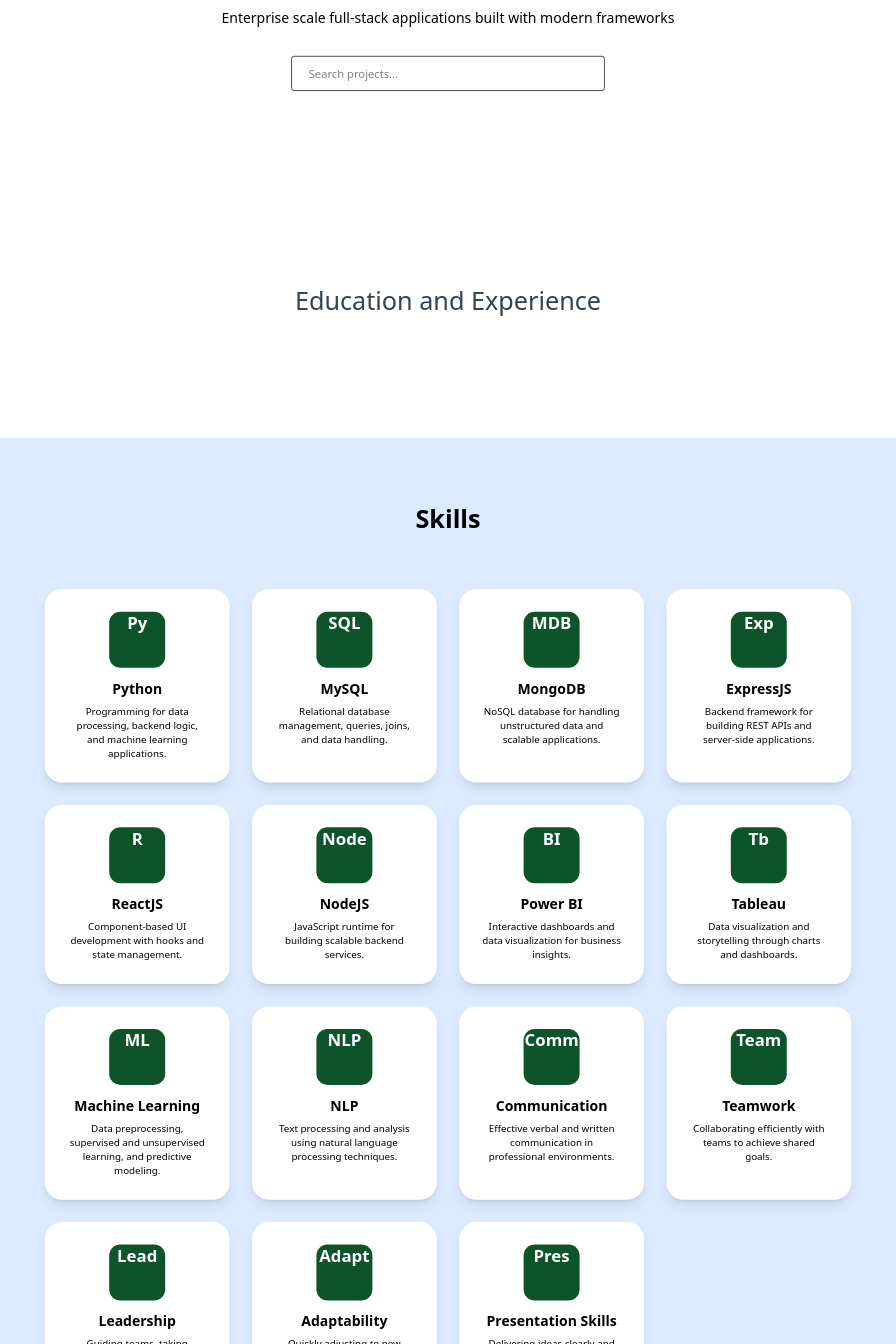
Repository: Rhaashee/myProfile
Page: index.html
These files come from the project's save history. The page is drawn as it stood at one moment and after the next save; the edit follows.
The browser window is 1280 px wide. The pictures show the part of the page from y = 957 to 2877 px (the page is 3055 px tall before and 3723 px after), at 70% of full size.

Above is the page before, as saved 2026-04-27 16:50:56.
Console error: ReferenceError: filterProject is not defined

### index.html
<!-- MERN_Stu_FebMay26Mys\W4\D5\portfolio-project\index.html -->
<!DOCTYPE html>
<html lang="en">

<head>
    <meta charset="UTF-8">
    <meta name="viewport" content="width=device-width, initial-scale=1.0">

    <title>Week 3 & 4 Portfolio Project</title>

    <script src="https://cdn.jsdelivr.net/npm/@tailwindcss/browser@4"></script>

    <link rel="stylesheet" href="css/custom.css">

</head>

<body>
    <!-- HERO SECTION -->

    <section
        class="min-h-screen flex flex-col lg:flex-row lg:items-center lg:justify-between px-8 lg:px-16 py-20 gap-12 lg:gap-20">

        <div class="order-2 lg:order-1 flex-1 lg:max-w-lg text-center lg:text-left">

            <h1 class="text-5xl mb-6">Rhaashee L</h1>

            <p class="text-xl lg:text-2xl text-slate-600 font-bold mb-10 max-w-md mx-auto lg:mx-0">
                Full-Stack developer | MERN enthusiast | Competitive Programmer
            </p>

            <div
                class="flex flex-col sm:flex-row gap-4 justify-center lg:justify-start items-center lg:items-start mb-8">

                <a href="#projects" class="bg-red-400 hover:bg-green-500 px-10 py-4 rounded shadow-xl">
                    View Projects
                </a>

                <a href="#resume" class="bg-blue-400 hover:bg-green-500 px-10 py-4 rounded shadow-xl">
                    Download Resume
                </a>

            </div>

            <div class="flex flex-wrap gap-6 justify-center lg:justify-start text-sm font-bold">

                <span>100+ Github commits</span>
                <span>50 LeetCode Questions Solved</span>
                <span>1 live projects completed</span>

            </div>

        </div>

        <div class="order-1 lg:order-2 w-full lg:w-96 max-w-sm mx-auto lg:mx-0">

            <img src="assets/images/img.jpg" alt="My photo"
                class="aspect-square w-full rounded shadow-lg mx-auto lg:mx-0 hover:ring-blue-500 transition-all duration-300 hover:scale-[1.02]"
                loading="lazy">

        </div>

    </section>

    <!-- NAVBAR -->

    <nav class="sticky top-0 z-50 bg-white/95 backdrop-blur-md border-b shadow-lg">

        <div class="max-w-7xl mx-auto px-6 py-4 flex items-center justify-between">

            <a href="#"
                class="text-2xl font-bold bg-clip-text bg-gradient-to-r from-red-400 to-slate-700 text-transparent">
                RKR
            </a>

            <ul class="hidden md:flex items-center gap-10">

                <li><a href="#projects" class="text-lg font-bold hover:text-blue-600">Projects</a></li>

                <li><a href="#experience" class="text-lg font-bold hover:text-blue-600">Experience</a></li>

                <li><a href="#skills" class="text-lg font-bold hover:text-blue-600">Skills</a></li>

            </ul>
            <button id="theme-toggle" class="bg-blue-200 px-4 py-2 rounded font-bold">Theme</button>
            <a href="#contact" class="bg-red-400 hover:bg-green-500 rounded transition-all duration-300 px-8 py-3">
                Let's talk
            </a>

        </div>

    </nav>

    <!-- PROJECTS -->

    <section id="projects" class="py-24 px-8 lg:px-16">

        <div class="max-w-7xl mx-auto">

            <div class="text-center mb-10">

                <h2 class="text-4xl lg:text-5xl mb-6">My Projects</h2>

                <p class="text-xl max-w-2xl mx-auto">
                    Enterprise scale full-stack applications built with modern frameworks
                </p>

            </div>

            <!-- Project Search (Feature will attach here) -->

            <div class="mb-10 text-center">

                <input id="project-search" type="text" placeholder="Search projects..."
                    class="border rounded px-6 py-3 w-full max-w-md">

            </div>

            <!-- Project Filter Bar -->

            <div id="project-filters" class="flex flex-wrap justify-center gap-4 mb-12">
            </div>

            <!-- Dynamic container for projects -->

            <div id="projects-container" class="grid grid-cols-1 md:grid-cols-2 lg:grid-cols-3 gap-8">
            </div>

        </div>

    </section>

    <!-- EXPERIENCE -->

    <section id="experience" class="py-24 px-8 lg:px-16">

        <div class="max-w-4xl mx-auto">

            <h2 class="text-4xl text-gray-700 text-center mb-20">
                Education and Experience
            </h2>

            <!-- existing experience cards remain unchanged -->

        </div>

    </section>

    <!-- SKILLS -->

    <section id="skills" class="py-24 px-8 lg:px-16 bg-blue-100">

        <div class="max-w-7xl mx-auto">

            <h2 class="text-4xl text-center font-bold mb-20">
                Skills
            </h2>

            <!-- Dynamic Skills Container -->

            <div id="skills-container" class="grid grid-cols-1 md:grid-cols-2 lg:grid-cols-4 gap-8">
            </div>

        </div>

    </section>

    <!-- CONTACT MODAL -->

    <button id="modal-trigger"
        class="fixed bottom-8 right-8 w-16 h-16 bg-blue-900 text-white rounded-full shadow-2xl flex items-center justify-center text-2xl font-bold">
        ☏
    </button>

    <div id="contact-modal" class="fixed inset-0 z-50 hidden bg-black/50 backdrop-blur-md">

        <div class="flex items-center justify-center min-h-screen p-4">

            <div id="modal-content"
                class="bg-white w-full max-w-md rounded-2xl shadow-2xl scale-95 opacity-0 transition-all duration-300">

                <div class="sticky top-0 border-b p-8 pt-12 bg-white">

                    <h3 class="text-2xl font-bold">Contact Me</h3>

                    <button id="modal-close" class="absolute top-6 right-6 text-2xl font-bold">
                        ×
                    </button>

                </div>

                <form id="contact-form" class="p-8 space-y-4">

                    <input id="contact-name" type="text" placeholder="Your name"
                        class="w-full border rounded px-4 py-3">

                    <input id="contact-email" type="email" placeholder="email@website.com"
                        class="w-full border rounded px-4 py-3">

                    <p id="form-message" class="text-sm text-red-500"></p>

                    <div class="flex flex-col sm:flex-row gap-4 pt-4">

                        <button type="button" id="form-cancel" class="flex-1 font-bold py-4 px-6">
                            Cancel
                        </button>

                        <button type="submit" class="flex-1 font-bold py-4 px-6">
                            Submit
                        </button>

                    </div>

                </form>

            </div>

        </div>

    </div>
    <!-- SWIPE TO HOME BUTTON -->

    <button id="home-swiper"
        class="fixed bottom-8 left-8 bg-pink-200 text-white px-5 py-3 rounded-full shadow-xl hover:bg-blue-600 transition">
        Back to Home
    </button>
    <!-- MAIN JS ENTRY-->

    <script src="js/data/projects.js"></script>
    <script src="js/data/skills.js"></script>
    <script src="js/features/skills-render.js"></script>
    <script src="js/features/modal.js"></script>
    <script src="js/features/contact-validation.js"></script>
    <script src="js/features/theme-toggle.js"></script>
    <script src="js/features/project-search.js"></script>
    <script src="js/features/project-filter.js"></script>
    <script src="js/main.js"></script>
    <script src="js/features/BackToTop.js"></script>



</body>

</html>

### css/custom.css
.dark-mode{
    background-color: black;
    color: white;
}
.dark-mode nav{
    background-color: rgb(178, 173, 173);
    color: white;
}
.dark-mode section{
    background-color: rgb(0, 0, 0);
    color: white;
}
.dark-mode .bg-blue-100{
    background-color: rgb(235, 236, 240);
    color: rgb(153, 145, 145);
}
.dark-mode .bg-white{
    background-color: rgb(0, 0, 0);
}
.dark-mode .text-gray-700{
    color: white;
}

### js/data/projects.js
const projectsData = [
  {
    id: 1,
    name: "Virtual Herbal Garden – AYUSH Soap Products",
    category: "Web Development",
    description:
      "Designed an interactive platform for exploring herbal plants and their uses in AYUSH soap products, providing detailed plant and product information.",
    technologies: ["Python", "HTML", "CSS"],
    status: "Completed",
    liveDemo: "#",
    github: "#"
  },
  {
    id: 2,
    name: "AI-Integrated Feedback System for Teachers (Prototype)",
    category: "AI / NLP",
    description:
      "Built a prototype to automate student feedback collection and analysis using NLP techniques, enabling structured insights from textual responses.",
    technologies: ["Python", "Flask", "NLP"],
    status: "Prototype",
    liveDemo: "#",
    github: "#"
  },
  {
    id: 3,
    name: "Portfolio Website",
    category: "Frontend",
    description:
      "Responsive personal portfolio website showcasing projects, skills, and contact information.",
    technologies: ["HTML", "Tailwind CSS", "JavaScript"],
    status: "Live",
    liveDemo: "#",
    github: "#"
  },
  {
    id: 4,
    name: "Developer Stats Dashboard",
    category: "JavaScript",
    description:
      "Dynamic dashboard that loads developer statistics and profile insights using Fetch API.",
    technologies: ["JavaScript", "Fetch API", "JSON"],
    status: "Demo",
    liveDemo: "#",
    github: "#"
  }, {

    id: 5,
    name: "Land Leasing Platform for Farmers (Ongoing)",
    category: "Web Development",
    description:
      "Developing a web-based platform for secure land leasing with buyer and seller authentication, enabling transparent and efficient transactions.",
    technologies: ["HTML", "CSS", "JavaScript", "MySQL"],
    status: "Ongoing",
    liveDemo: "#",
    github: "#"
  }

];

### js/data/skills.js

const skillsData = [
  {
    id: 1,
    name: "Python",
    shortLabel: "Py",
    description: "Programming for data processing, backend logic, and machine learning applications."
  },
  {
    id: 2,
    name: "MySQL",
    shortLabel: "SQL",
    description: "Relational database management, queries, joins, and data handling."
  },
  {
    id: 3,
    name: "MongoDB",
    shortLabel: "MDB",
    description: "NoSQL database for handling unstructured data and scalable applications."
  },
  {
    id: 4,
    name: "ExpressJS",
    shortLabel: "Exp",
    description: "Backend framework for building REST APIs and server-side applications."
  },
  {
    id: 5,
    name: "ReactJS",
    shortLabel: "R",
    description: "Component-based UI development with hooks and state management."
  },
  {
    id: 6,
    name: "NodeJS",
    shortLabel: "Node",
    description: "JavaScript runtime for building scalable backend services."
  },
  {
    id: 7,
    name: "Power BI",
    shortLabel: "BI",
    description: "Interactive dashboards and data visualization for business insights."
  },
  {
    id: 8,
    name: "Tableau",
    shortLabel: "Tb",
    description: "Data visualization and storytelling through charts and dashboards."
  },
  {
    id: 9,
    name: "Machine Learning",
    shortLabel: "ML",
    description: "Data preprocessing, supervised and unsupervised learning, and predictive modeling."
  },
  {
    id: 10,
    name: "NLP",
    shortLabel: "NLP",
    description: "Text processing and analysis using natural language processing techniques."
  },
  {
    id: 11,
    name: "Communication",
    shortLabel: "Comm",
    description: "Effective verbal and written communication in professional environments."
  },
  {
    id: 12,
    name: "Teamwork",
    shortLabel: "Team",
    description: "Collaborating efficiently with teams to achieve shared goals."
  },
  {
    id: 13,
    name: "Leadership",
    shortLabel: "Lead",
    description: "Guiding teams, taking initiative, and decision-making."
  },
  {
    id: 14,
    name: "Adaptability",
    shortLabel: "Adapt",
    description: "Quickly adjusting to new technologies and changing environments."
  },
  {
    id: 15,
    name: "Presentation Skills",
    shortLabel: "Pres",
    description: "Delivering ideas clearly and confidently to an audience."
  }
];

### js/features/skills-render.js
function renderSkills(){
    const skillsContainer = document.getElementById("skills-container");

    if(!skillsContainer){
        console.log("Skills Contianer not found");
        return;
    }
    skillsContainer.innerHTML = "";
    skillsData.forEach(function(skill){
        // to create outer card
        const card = document.createElement("div");
        card.className = "p-8 text-center bg-white rounded-3xl shadow-lg";

        // create icon
        const iconBox = document.createElement("div");
        iconBox.className = "w-20 h-20 mx-auto mb-4 bg-green-900 rounded-2xl flex item-center justify-center";

        // create icon
        const iconText = document.createElement("span");
        iconText.className = "text-2xl text-white font-bold"
        iconText.textContent = skill.shortLabel;

        // Put iconText inside iconBox
        iconBox.appendChild(iconText);

        // create a skill name
        const skillsName = document.createElement("h3");
        skillsName.className = "text-xl font-bold mb-2";
        skillsName.textContent = skill.name;

        // create skill description
        const skillDescription = document.createElement("p");
        skillDescription.className = "text-sm";
        skillDescription.textContent = skill.description;

        // append all child elements to card
        card.appendChild(iconBox);
        card.appendChild(skillsName);
        card.appendChild(skillDescription);

        // append card to skills container
        skillsContainer.appendChild(card);
    });
    console.log("Skills rendered successfully");
}

### js/features/modal.js
function initModal(){
    const modal = document.getElementById("contact-modal");
    const modalContent = document.getElementById("modal-content");
    const modalTrigger = document.getElementById("modal-trigger");
    const modalClose = document.getElementById("modal-close");
    const formCancel = document.getElementById("form-cancel");

    if(!modal || !modalContent || !modalTrigger || !modalClose || !formCancel){
        console.log("Modal element not found");
        return;
    }
    function openModal(){
        modal.classList.remove("hidden");

        setTimeout(function(){
            modalContent.classList.remove("scale-95","opacity-0");
        },10);
    }
    function closeModal(){
        modalContent.classList.add("scale-95","opacity-0");
        setTimeout(function(){
            modal.classList.add("hidden");
        },200);
    }
    modalTrigger.addEventListener("click",openModal);
    modalClose.addEventListener("click",closeModal);
    formCancel.addEventListener("click",closeModal);

    //close when clicking on backdrop
    modal.addEventListener("click",function(event){
        if(event.target === modal){
            closeModal();
        }
    });
    console.log("Modal opened successfully");
}

### js/features/contact-validation.js
function initContactValidation(){
    const contactModal = document.getElementById("contact-modal");
    const contactForm = document.getElementById("contact-form");
    const contactName = document.getElementById("contact-name");
    const contactEmail = document.getElementById("contact-email");
    const formMessage = document.getElementById("form-message");

    if(!contactModal || !contactForm || !contactName || !contactEmail || !formMessage){
        console.log("Contact form elements not found");
        return;
    }

    contactForm.addEventListener("submit",function(event){
        event.preventDefault();

        const name = contactName.value.trim();
        const email = contactEmail.value.trim();

        formMessage.textContent = "";
        formMessage.className = "text-sm";

        // Name validation
        if(name === ""){
            formMessage.textContent = "Name is required";
            formMessage.classList.add("text-red-500");
            contactName.focus();
            return;
        }
        if(name.length < 5){
            formMessage.textContent = "Name must be atleast 5 chars"
            formMessage.classList.add("text-red-500");
            contactName.focus();
            return;
        }
        // Email Validation
        if(email === ""){
            formMessage.textContent = "Email is required";
            formMessage.classList.add("text-red-500");
            contactEmail.focus();
            return;
        }
        const emailPattern = /^[^\s@]+@[^\s@]+\.[^\s@]+$/;

        if(!emailPattern.test(email)){
            formMessage.textContent = "Enter valid email";
            formMessage.classList.add("text-red-500");
            contactEmail.focus();
            return;
        }

        formMessage.textContent = "Meassage Submitted Sucessfully";
        formMessage.classList.add("text-green-600");
        console.log("Valid credentials : ",{name:name,email:email});
        contactForm.reset();
    });
    contactName.addEventListener("input",function(){
        formMessage.textContent = "";
    });
    contactEmail.addEventListener("input",function(){
        formMessage.textContent = "";
    });
}

### js/features/theme-toggle.js
function initThemeToggle(){
    const toggleBtn = document.getElementById("theme-toggle");
    const body = document.body;

    const savedTheme = localStorage.getItem("portfolio-theme");

    if(savedTheme === "dark"){
        body.classList.add("dark-mode");
    }
    toggleBtn.addEventListener("click",function(){
        body.classList.toggle("dark-mode");
        if(body.classList.contains("dark-mode")){
            localStorage.setItem("portfolio-theme","dark");
            console.log("Dark mode enanbled");
        }else{
            localStorage.setItem("portfolio-theme","light");
            console.log("Light mode enanbled");
        }
    });
}

### js/features/project-search.js
const searchInput = document.getElementById("project-search");

// initial render (all projects)
filterProject(projectsData);

if (searchInput) {
    searchInput.addEventListener("input", function () {

        const searchTerm = searchInput.value.toLowerCase();

        const filteredProjects = projectsData.filter(function (project) {
            return (
                project.name.toLowerCase().includes(searchTerm) ||
                project.description.toLowerCase().includes(searchTerm) ||
                (project.technologies &&
                    project.technologies.join(" ").toLowerCase().includes(searchTerm)) ||
                (project.category &&
                    project.category.toLowerCase().includes(searchTerm))
            );
        });

        // re-render filtered list
        filterProject(filteredProjects);
    });
}

### js/features/project-filter.js
function filterProject(projects) {
    const projectsContainer = document.getElementById("projects-container");

    if (!projectsContainer) {
        console.log("Project container not found");
        return;
    }

    projectsContainer.innerHTML = "";

    projects.forEach(function (project) {

        const card = document.createElement("div");
        card.className = "p-8 text-center bg-white rounded-3xl shadow-lg";

        const iconBox = document.createElement("div");
        iconBox.className = "w-20 h-20 mx-auto mb-4 flex items-center justify-center bg-blue-500 rounded-full";

        const iconText = document.createElement("span");
        iconText.className = "text-2xl text-white font-bold";
        iconText.textContent = project.shortLabel || "P";

        iconBox.appendChild(iconText);

        const projectName = document.createElement("h2");
        projectName.className = "text-xl font-bold mb-2";
        projectName.textContent = project.name;

        const projectDescription = document.createElement("p");
        projectDescription.className = "text-sm";
        projectDescription.textContent = project.description;

        card.appendChild(iconBox);
        card.appendChild(projectName);
        card.appendChild(projectDescription);

        projectsContainer.appendChild(card);
    });
}

### js/main.js
document.addEventListener("DOMContentLoaded", function(){
    // Render Skills
    renderSkills();
    initModal();
    initContactValidation();
    initThemeToggle();
    SearchProjects();
})

### js/features/BackToTop.js
const swiperButton = document.getElementById("home-swiper");

// safety check (important)
if (swiperButton) {

    // hide initially
    swiperButton.style.display = "none";

    // scroll to top
    swiperButton.addEventListener("click", function () {
        window.scrollTo({
            top: 0,
            behavior: "smooth"
        });
    });

    // show on scroll
    window.addEventListener("scroll", function () {
        if (window.scrollY > 300) {
            swiperButton.style.display = "block";
        } else {
            swiperButton.style.display = "none";
        }
    });

}

After the next save:
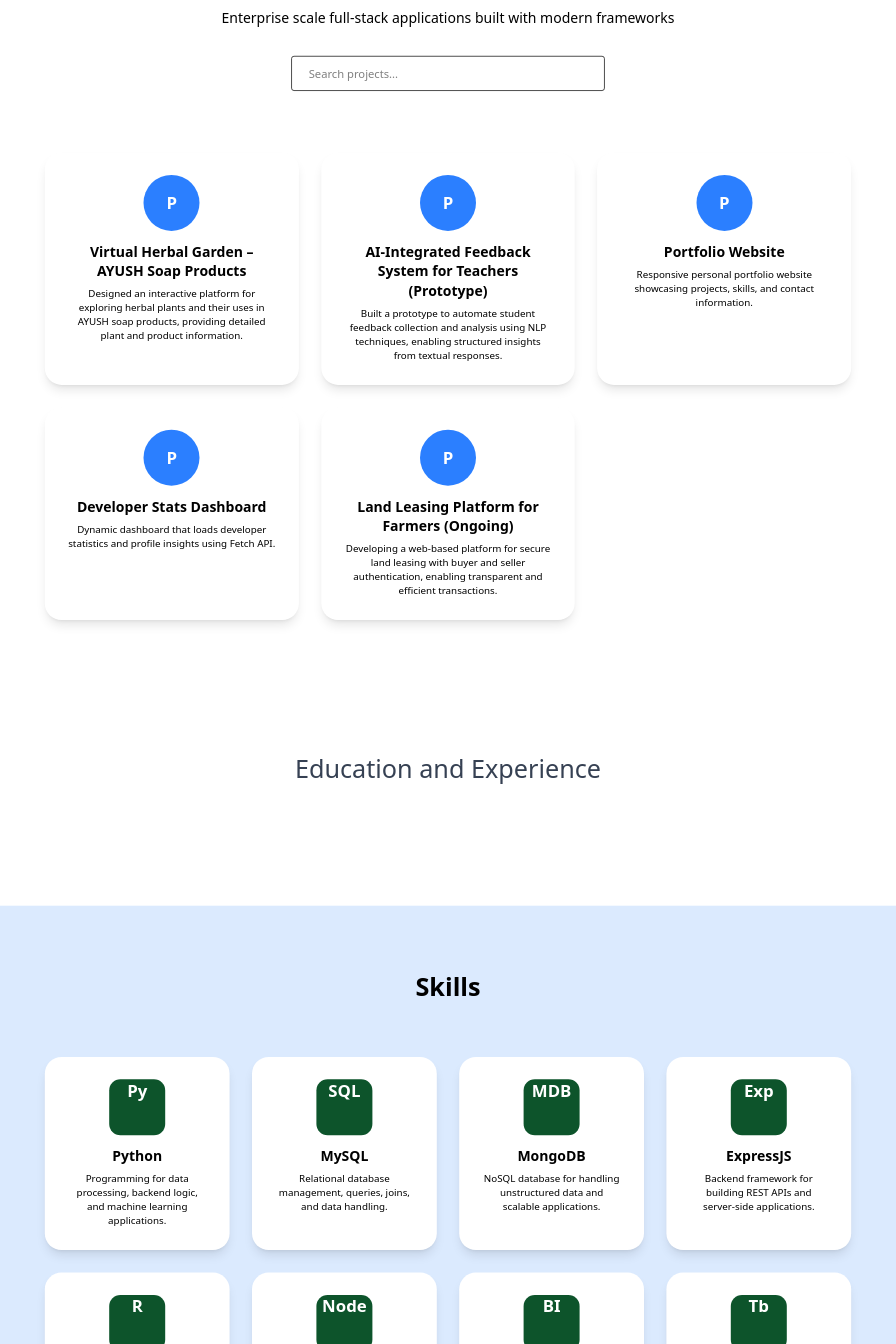
Console error: ReferenceError: SearchProjects is not defined
Saved 46 s later.
--- a/js/features/project-search.js
+++ b/js/features/project-search.js
@@ -1,25 +1,28 @@
-const searchInput = document.getElementById("project-search");
+document.addEventListener("DOMContentLoaded", function () {
 
-// initial render (all projects)
-filterProject(projectsData);
+    const searchInput = document.getElementById("project-search");
 
-if (searchInput) {
-    searchInput.addEventListener("input", function () {
+    // show all projects initially
+    filterProject(projectsData);
 
-        const searchTerm = searchInput.value.toLowerCase();
+    if (searchInput) {
+        searchInput.addEventListener("input", function () {
 
-        const filteredProjects = projectsData.filter(function (project) {
-            return (
-                project.name.toLowerCase().includes(searchTerm) ||
-                project.description.toLowerCase().includes(searchTerm) ||
-                (project.technologies &&
-                    project.technologies.join(" ").toLowerCase().includes(searchTerm)) ||
-                (project.category &&
-                    project.category.toLowerCase().includes(searchTerm))
-            );
+            const searchTerm = searchInput.value.toLowerCase();
+
+            const filteredProjects = projectsData.filter(function (project) {
+                return (
+                    project.name.toLowerCase().includes(searchTerm) ||
+                    project.description.toLowerCase().includes(searchTerm) ||
+                    (project.technologies &&
+                        project.technologies.join(" ").toLowerCase().includes(searchTerm)) ||
+                    (project.category &&
+                        project.category.toLowerCase().includes(searchTerm))
+                );
+            });
+
+            filterProject(filteredProjects);
         });
+    }
 
-        // re-render filtered list
-        filterProject(filteredProjects);
-    });
-}
+});
